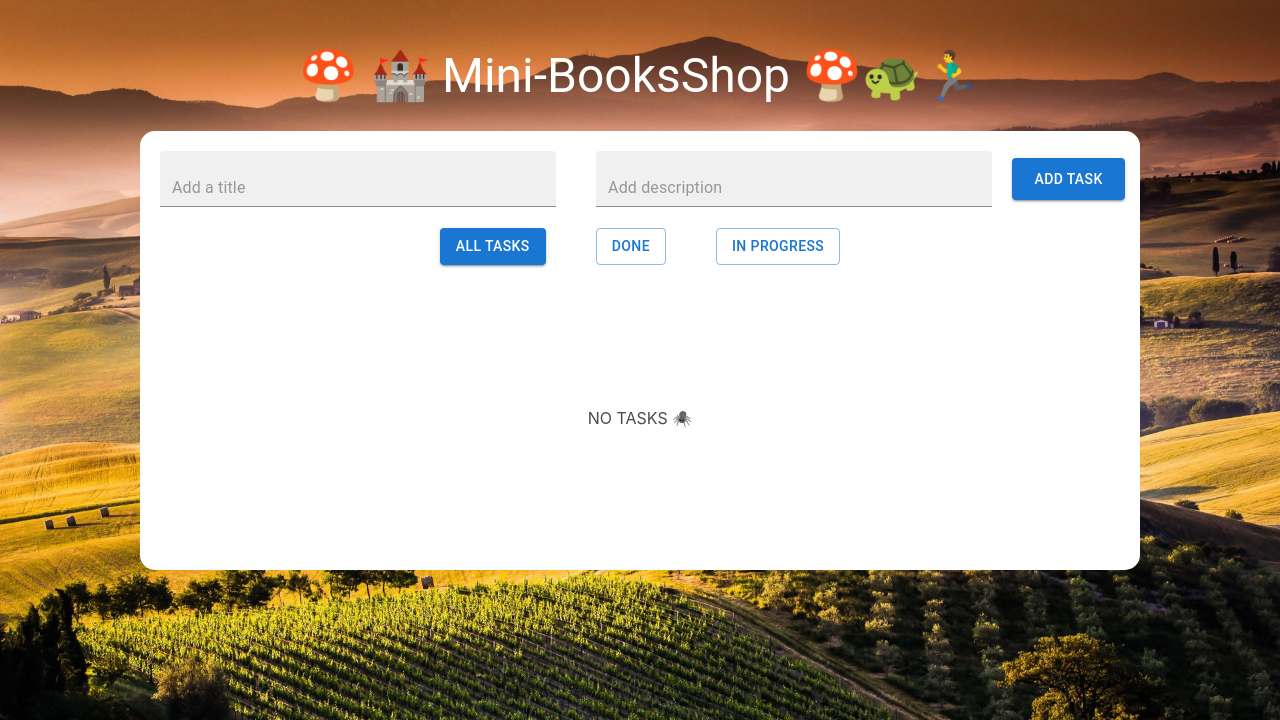
Repository: Tracy-maker/mini-bookshop
Page: /
These files come from the project's save history. The page is drawn as it stood at one moment and after the next save; the edit follows.
The browser window is 1280 px wide. The pictures show the whole page.
The project was rebuilt for these pictures with package versions that can differ from the ones it lists, and the page was loaded fresh each time. Also part of the build but not shown: src/components/TaskEdit.js, src/components/TaskShow.js.

Above is the page before, as saved 2023-09-21 13:15:45.

### src/index.js
import "./index.css";
import React from "react";
import ReactDOM from "react-dom/client";
import App from "./App";


const el = document.getElementById("root");
const root = ReactDOM.createRoot(el);

root.render(
  <React.StrictMode>
    <App />
  </React.StrictMode>
);

### src/App.js
import { useState, useEffect } from "react";
import CreateTask from "./components/CreateTask";
import TaskList from "./components/TaskList";
import { Box, Stack } from "@mui/material";
import styled from "styled-components";
import Typography from "@mui/material/Typography";
import Image1 from "./image/7.jpg";
import TaskButton from "./components/TaskButton";

const StyledContainer = styled(Stack)`
  height: 100vh;
  width: 100%;
  display: flex;
  align-items: stretch;
  padding-top: 3%;
  background-image: url(${Image1});
  background-size: cover;
  background-repeat: no-repeat;
`;

const TaskForm = styled(Box)`
  margin-left: auto;
  margin-right: auto;
  width: 1000px;
  background-color: white;
  border-radius: 15px;
  @media (max-width: 768px) {
    width: 100%;
  }
`;
const Title = styled(Typography)`
  color: white;
  margin: auto;
  width: 100%;
  padding: 10px;
  text-align: center;
`;

function App() {
  const [filter, setFilter] = useState("all");
  const [tasks, setTasks] = useState(() => {
    const localValue = localStorage.getItem("tasks");
    if (localValue == null) return [];
    return JSON.parse(localValue);
  });

  useEffect(() => {
    localStorage.setItem("tasks", JSON.stringify(tasks));
  }, [tasks]);

  const createTask = (title, description) => {
    const newTask = {
      id: crypto.randomUUID(),
      title: title,
      description: description,
      status: "inProgress",
    };

    const existingTasks = JSON.parse(localStorage.getItem("tasks")) || [];
    existingTasks.push(newTask);
    localStorage.setItem("tasks", JSON.stringify(existingTasks));
    setTasks(existingTasks);
  };

  const deleteTasksById = (id) => {
    const existingTasks = JSON.parse(localStorage.getItem("tasks")) || [];
    const updatedTasks = existingTasks.filter((task) => {
      return task.id !== id;
    });
    localStorage.setItem("tasks", JSON.stringify(updatedTasks));
    setTasks(updatedTasks);
  };

  const editTaskById = (id, newTitle, newDescription) => {
    const existingTasks = JSON.parse(localStorage.getItem("tasks")) || [];
    const taskToEdit = existingTasks.findIndex((task) => task.id === id);

    if (taskToEdit) {
      const updatedTask = {
        ...taskToEdit,
        title: newTitle,
        description: newDescription,
      };

      const updatedTasks = existingTasks.map((task) =>
        task.id === id ? updatedTask : task
      );
      localStorage.setItem("tasks", JSON.stringify(updatedTasks));
      setTasks(updatedTasks);
    }
  };

  const handleFilterTasks = (filter) => {
    setFilter(filter);
  };

  let filteredTasks = tasks;
  if (filter !== "all") {
    filteredTasks = tasks.filter((task) => task.status === filter);
  }

  const toggleCheckedBoxById = (id) => {
    const updatedTasks = tasks.map((task) => {
      if (task.id === id) {
        let nextStatus;
        if (task.status === "done") {
          nextStatus = "inProgress";
        } else {
          nextStatus = "done";
        }
        return {
          ...task,
          status: nextStatus,
        };
      }
      return task;
    });
    setTasks(updatedTasks);
  };

  return (
    <StyledContainer>
      <Title variant="h3" gutterBottom>
      🍄 🏰 Mini-BooksShop 🍄🐢🏃‍♂️
      </Title>
      <TaskForm>
        <CreateTask onCreate={createTask} />
        <TaskButton defaultValue={filter} onFilterChange={handleFilterTasks} />
        <TaskList
          toggleCheckedBoxById={toggleCheckedBoxById}
          tasks={filteredTasks}
          onDelete={deleteTasksById}
          onEdit={editTaskById}
        />
      </TaskForm>
    </StyledContainer>
  );
}
export default App;

### src/components/CreateTask.js
import * as React from "react";
import Stack from "@mui/material/Stack";
import TextField from "@mui/material/TextField";
import Button from "@mui/material/Button";
import { useState } from "react";
import { styled } from "@mui/material";

const Input = styled(TextField)`
  padding:2%;
  width: 80%;
`;

const AddButton = styled(Button)`
  margin: auto;
  width: 20%;
  padding: 9px;
  text-align: center;
  margin-right: 15px;
`;

function CreateTask(props) {
  const [title, setTitle] = useState("");
  const [description, setDescription] = useState("");

  const handleChange = (event) => {
    const { name, value } = event.target;
    if (name === "title") {
      setTitle(value);
    } else if (name === "description") {
      setDescription(value);
    }
  };

  const handleSubmit = (event) => {
    event.preventDefault();
    if (title.trim() !== "" || description.trim() !== "") {
      props.onCreate( title, description );
      setTitle("");
      setDescription("");
    }
  };

  return (
    <Stack onSubmit={handleSubmit} component="form" direction="row">
      <Input
        name="title"
        value={title}
        onChange={handleChange}
        placeholder="Add a title"
        variant="filled"
      />
      <Input
        name="description"
        value={description}
        onChange={handleChange}
        placeholder="Add description"
        variant="filled"
      />
      <AddButton type="submit" variant="contained">
        Add Task
      </AddButton>
    </Stack>
  );
}

export default CreateTask;

### src/components/TaskList.js
import React from "react";
import TaskShow from "./TaskShow";
import { Box } from "@mui/material";
import styled from "styled-components";

const Reminder = styled(Box)`
  text-align: center;
  padding: ${(props) => (props.noTasks ? "14%" : "0")};
`;

function TaskList(props) {
  const renderedTasksList = props.tasks.map((task) => {
    return (
      <TaskShow
        key={task.id}
        task={task}
        onDelete={props.onDelete}
        onEdit={props.onEdit}
        toggleCheckedBoxById={props.toggleCheckedBoxById}
      />
    );
  });

  return (
    <>
      <Reminder noTasks={props.tasks.length === 0}>
        {props.tasks.length === 0 && "NO TASKS 🕷️"}
      </Reminder>
      {renderedTasksList}
    </>
  );
}

export default TaskList;

### src/components/TaskButton.js
import * as React from "react";
import { Box, Button } from "@mui/material";
import styled from "styled-components";

const ButtonNavigationBar = styled(Box)`
  display: flex;
  justify-content: center;
  gap: 50px;
  padding: 1px;
`;

function TaskButton(props) {
  return (
    <ButtonNavigationBar>
      <Button
        variant={props.defaultValue === "all" ? "contained" : "outlined"}
        onClick={() => props.onFilterChange("all")}
      >
        All Tasks
      </Button>
      <Button
        variant={props.defaultValue === "done" ? "contained" : "outlined"}
        onClick={() => props.onFilterChange("done")}
      >
        Done
      </Button>
      <Button
        variant={props.defaultValue === "inProgress" ? "contained" : "outlined"}
        onClick={() => props.onFilterChange("inProgress")}
      >
        In Progress
      </Button>
    </ButtonNavigationBar>
  );
}
export default TaskButton;

Loaded but not shown: public/index.html (common file); src/index.css (library)

After the next save:
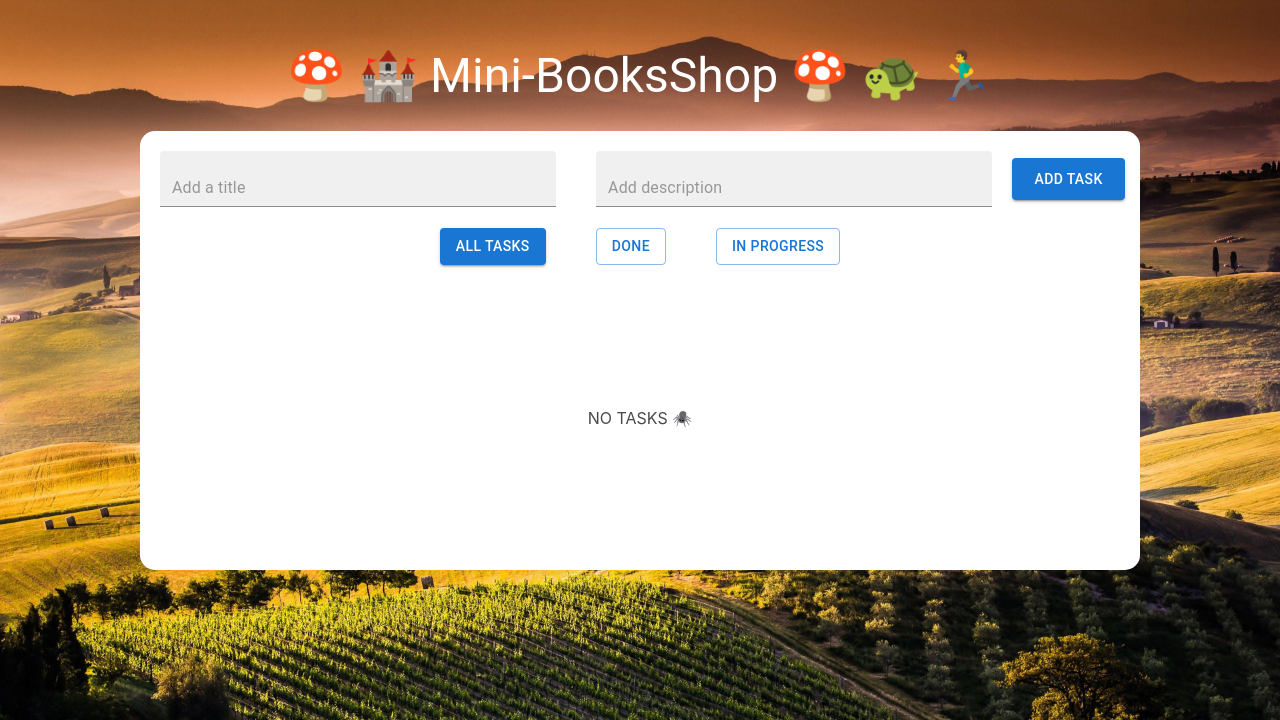
Saved 4 s later.
--- a/src/App.js
+++ b/src/App.js
@@ -121,7 +121,7 @@ function App() {
   return (
     <StyledContainer>
       <Title variant="h3" gutterBottom>
-      🍄 🏰 Mini-BooksShop 🍄🐢🏃‍♂️
+      🍄 🏰 Mini-BooksShop 🍄 🐢 🏃‍♂️
       </Title>
       <TaskForm>
         <CreateTask onCreate={createTask} />
